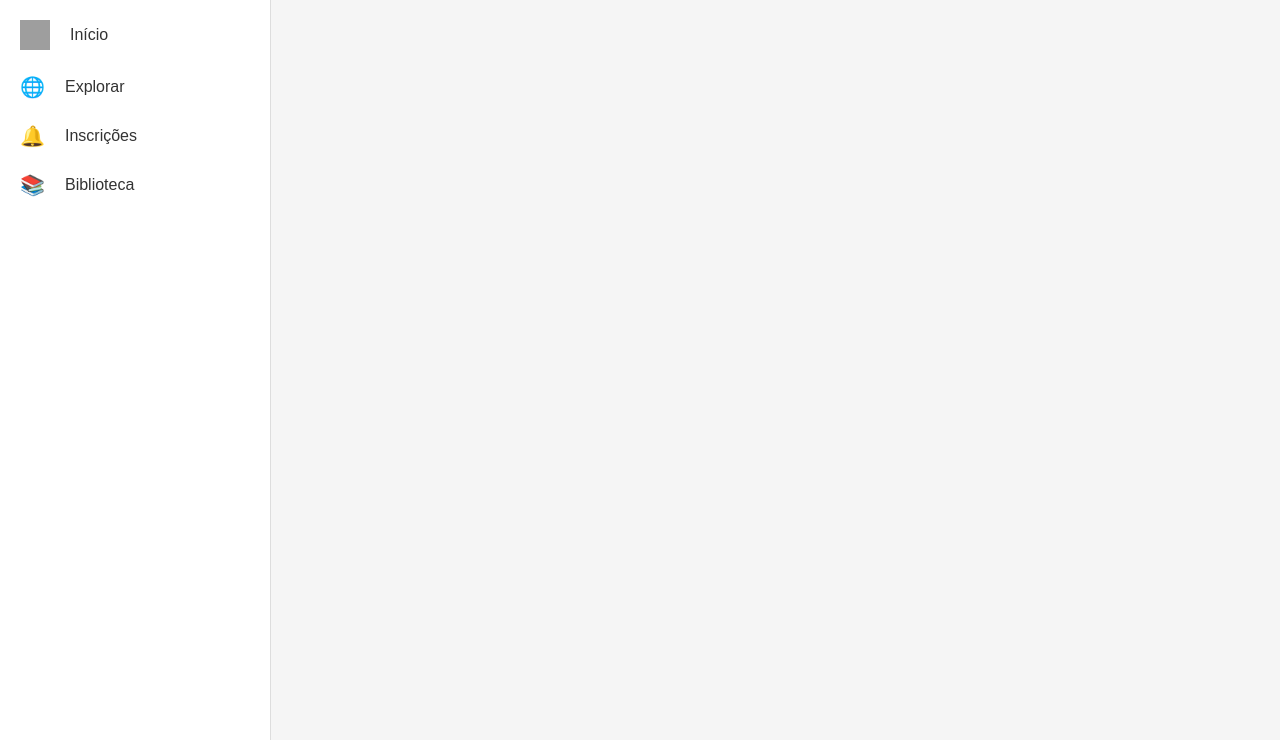
Repository: gustavotwist/design-youtube
Page: assets/index.html
The author's editor kept a copy of each file at every save. The page is drawn from the files as they stood at one save, then again after the next save.
The browser window is 1280 px wide. The pictures show the whole page.
Pictures or frames that could not be fetched are drawn as grey boxes.

Above is the page before, as saved 2024-07-26 18:14:14.

### assets/index.html
<!DOCTYPE html>
<html lang="pt-BR">
<head>
    <meta charset="UTF-8">
    <meta name="viewport" content="width=device-width, initial-scale=1.0">
    <title>YouTube</title>
    <link rel="stylesheet" href="style.css">
</head>
<body>
    <div class="menu">
        <div class="menu-item">
            <img src="/assets/img/Menu.png" alt="YouTube Logo" class="logo">
            <a href="#" class="menu-link">Início</a>
        </div>
        <div class="menu-item">
            <span class="icon">🌐</span>
            <a href="#" class="menu-link">Explorar</a>
        </div>
        <div class="menu-item">
            <span class="icon">🔔</span>
            <a href="#" class="menu-link">Inscrições</a>
        </div>
        <div class="menu-item">
            <span class="icon">📚</span>
            <a href="#" class="menu-link">Biblioteca</a>
        </div>
    </div>

</body>
</html>

### assets/style.css
body {
    font-family: Arial, sans-serif;
    margin: 0;
    padding: 0;
    background-color: #f5f5f5;
}

.menu {
    display: flex;
    flex-direction: column;
    width: 250px;
    background-color: #fff;
    border-right: 1px solid #ddd;
    height: 100vh;
    padding: 10px;
}

.menu-item {
    display: flex;
    align-items: center;
    padding: 10px;
    border-radius: 5px;
    margin-bottom: 5px;
    transition: background-color 0.3s;
}

.menu-item:hover {
    background-color: #f0f0f0;
}

.menu-link {
    text-decoration: none;
    color: #333;
    margin-left: 10px;
    font-size: 16px;
}

.logo {
    width: 30px;
    height: 30px;
    margin-right: 10px;
}

.icon {
    font-size: 20px;
    margin-right: 10px;
}

After the next save:
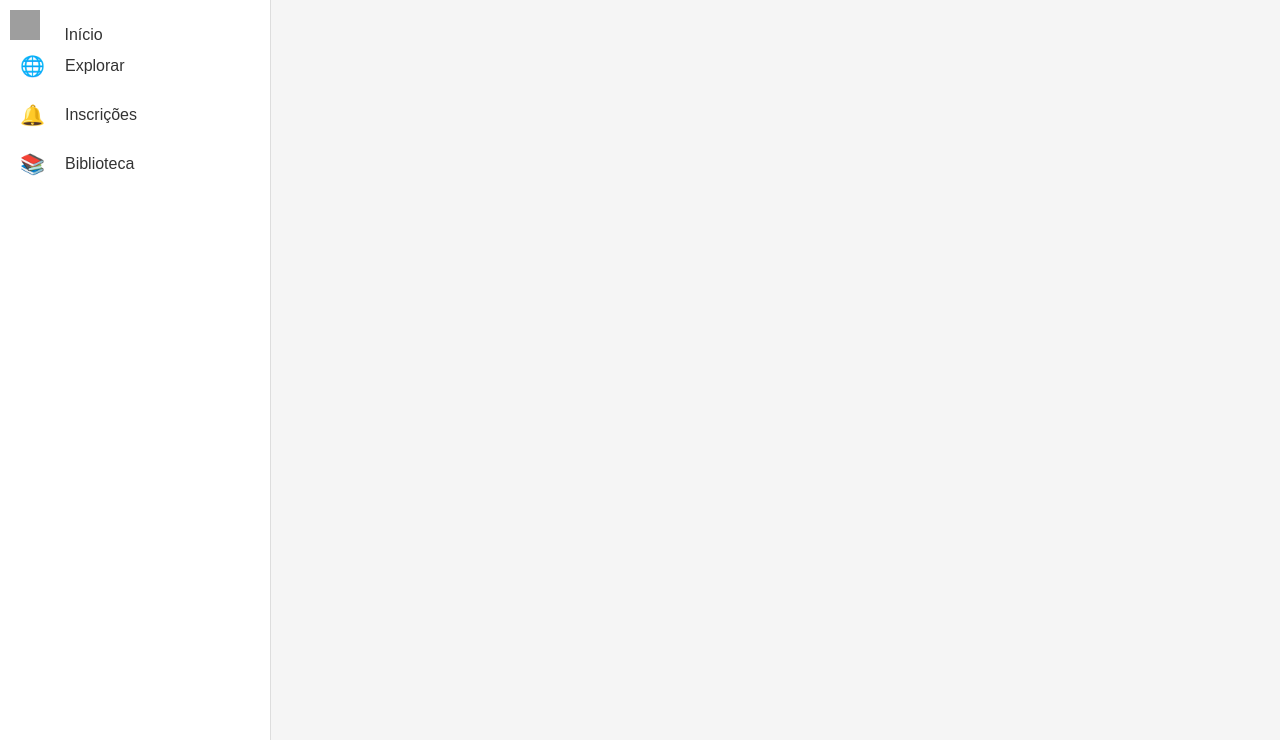
Saved 25 s later.
--- a/assets/index.html
+++ b/assets/index.html
@@ -8,7 +8,7 @@
 </head>
 <body>
     <div class="menu">
-        <div class="menu-item">
+        <div >
             <img src="/assets/img/Menu.png" alt="YouTube Logo" class="logo">
             <a href="#" class="menu-link">Início</a>
         </div>
